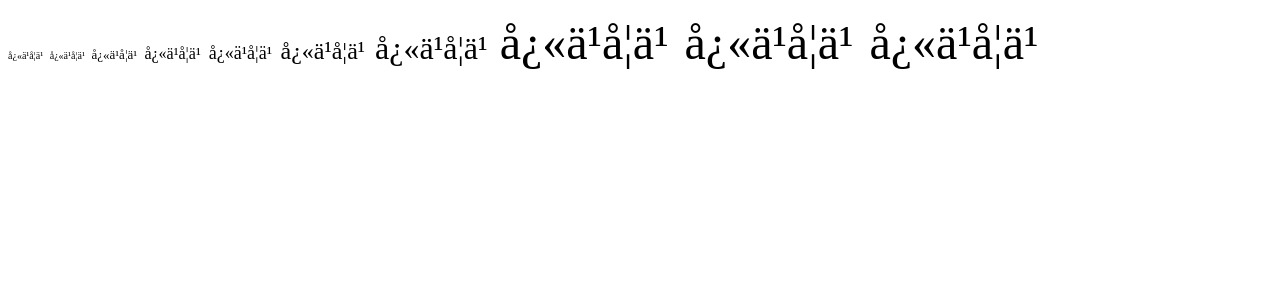
Repository: AndyFlower/web-back
Page: http://localhost/webdemo01/views/test.jsp
An editor plug-in stored every save of this project. The page is shown before and after the next save, followed by the edit.
The browser window is 1280 px wide. The pictures show the whole page.
The page is served by Tomcat 9. Other server files are loaded and not shown.

Above is the page before, as saved 2017-09-14 14:42:20.

### webdemo01/src/main/webapp/views/test.jsp
<%@ page language="java" import="java.util.*" pageEncoding="ISO-8859-1"%>
<%
String path = request.getContextPath();
String basePath = request.getScheme()+"://"+request.getServerName()+":"+request.getServerPort()+path+"/";
%>

<!DOCTYPE HTML PUBLIC "-//W3C//DTD HTML 4.01 Transitional//EN">
<html>
  <head>
    <base href="<%=basePath%>">

    <title>第二个页面</title>

	<meta http-equiv="pragma" content="no-cache">
	<meta http-equiv="cache-control" content="no-cache">
	<meta http-equiv="expires" content="0">
	<meta http-equiv="keywords" content="keyword1,keyword2,keyword3">
	<meta http-equiv="description" content="This is my page">
	<!--
	<link rel="stylesheet" type="text/css" href="styles.css">
	-->

  </head>

  <body>
    <%
      for(int i=0; i<10 ; i++){
         out.println("<font size='"+i+"'>");

     %>
     快乐学习</font>
     <%
     }
      %>
  </body>
</html>

After the next save:
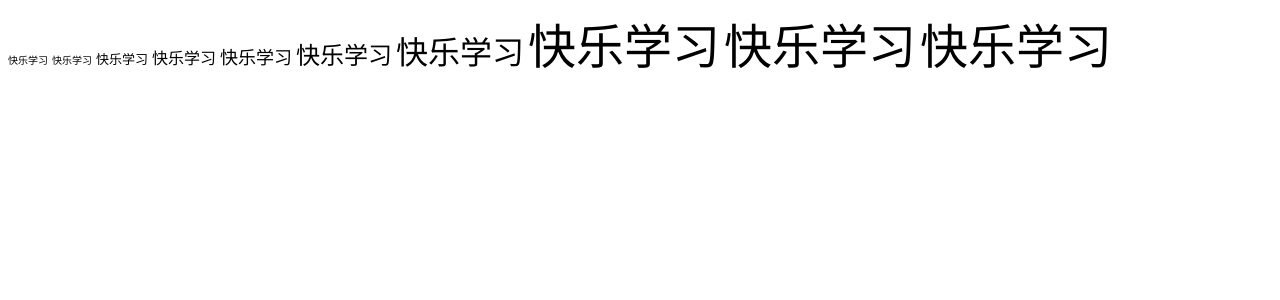
Saved 70 s later.
--- a/webdemo01/src/main/webapp/views/test.jsp
+++ b/webdemo01/src/main/webapp/views/test.jsp
@@ -1,4 +1,4 @@
-<%@ page language="java" import="java.util.*" pageEncoding="ISO-8859-1"%>
+<%@ page language="java" import="java.util.*" pageEncoding="UTF-8"%>
 <%
 String path = request.getContextPath();
 String basePath = request.getScheme()+"://"+request.getServerName()+":"+request.getServerPort()+path+"/";
